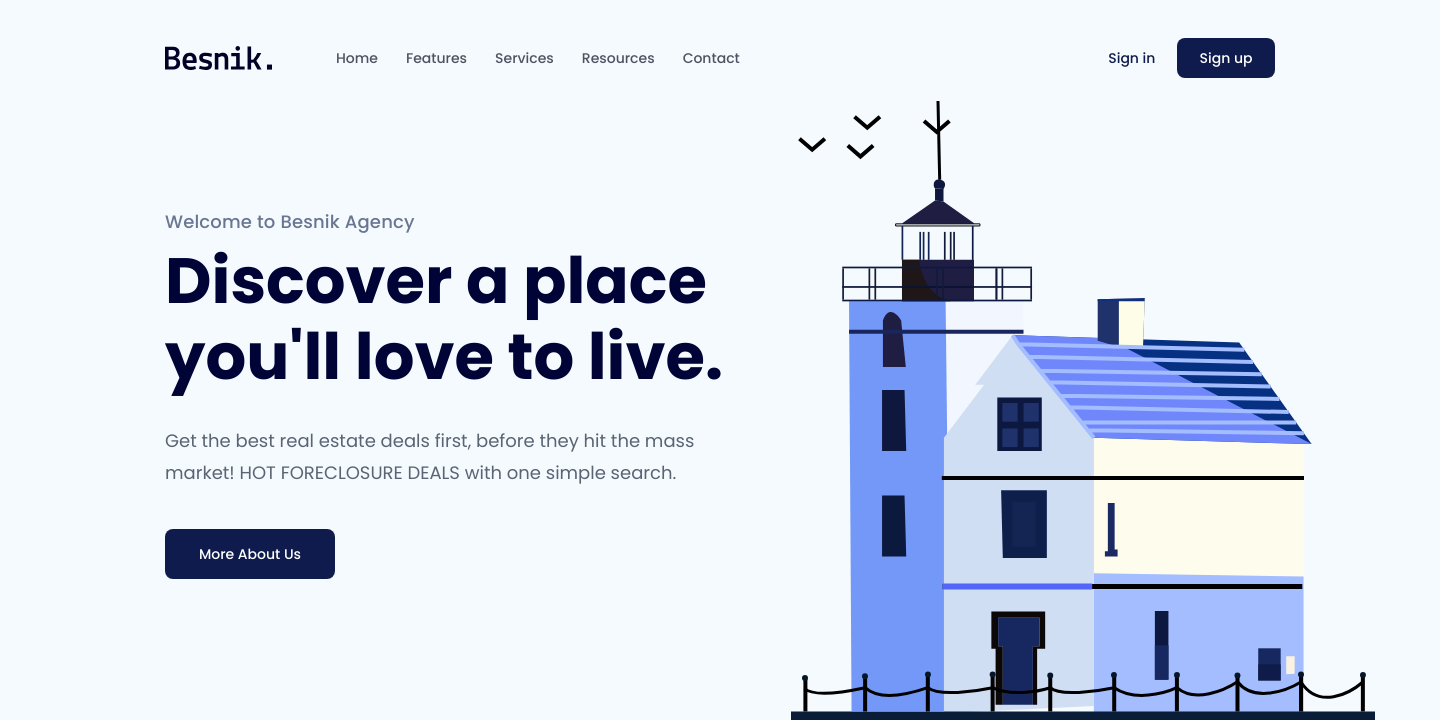
Repository: Tctiensk/f8-htmlcss-01
Page: index.html
An editor plug-in stored every save of this project. The page is shown before and after the next save, followed by the edit.
The browser window is 1280 px wide. The page is 1440 px wide, then 1280 px, then 1440 px, so the pictures cover 1440 px, including what lies to the right of the window. The pictures show the whole page.

Above is the page before, as saved 2022-11-30 10:49:41.

### index.html
<!DOCTYPE html>
<html lang="en">
    <head>
        <meta charset="UTF-8" />
        <meta http-equiv="X-UA-Compatible" content="IE=edge" />
        <meta name="viewport" content="width=device-width, initial-scale=1.0" />
        <title>F8 PROJECT 01</title>
        <link rel="stylesheet" href="./assets/css/reset.css" />
        <link rel="stylesheet" href="./assets/fonts/stylesheet.css" />
        <link rel="stylesheet" href="./assets/css/style.css" />
    </head>

    <body>
        <main>
            <!-- header -->
            <header class="header">
                <div class="content">
                    <nav class="navbar">
                        <!-- logo -->
                        <img src="./assets/img/Logo.svg" alt="Besnik." />
                        <!-- navigation -->
                        <ul>
                            <li><a href="#!">Home</a></li>
                            <li><a href="#!">Features</a></li>
                            <li><a href="#!">Services</a></li>
                            <li><a href="#!">Resources</a></li>
                            <li><a href="#!">Contact</a></li>
                        </ul>

                        <!-- action -->
                        <div class="action">
                            <a href="" class="action-link">Sign in </a>
                            <a href="" class="btn action-btn">Sign up </a>
                        </div>
                    </nav>

                    <div class="hero">
                        <div class="info">
                            <p class="sub-title">Welcome to Besnik Agency</p>
                            <h1 class="title">
                                Discover a place you'll love to live.
                            </h1>
                            <p class="desc">
                                Get the best real estate deals first, before
                                they hit the mass market! HOT FORECLOSURE DEALS
                                with one simple search.
                            </p>
                            <a href="#!" class="btn hero-cta">More About Us</a>
                        </div>
                        <img
                            src="./assets/img/house illustration.svg"
                            alt="Discover a place you'll love to live."
                            class="hero-img"
                        />
                    </div>
                </div>
            </header>
        </main>
    </body>
</html>

### assets/fonts/stylesheet.css
@font-face {
    font-family: "Poppins";
    src: url("Poppins/Poppins-BoldItalic.woff2") format("woff2"),
        url("Poppins/Poppins-BoldItalic.woff") format("woff");
    font-weight: bold;
    font-style: italic;
    font-display: swap;
}

@font-face {
    font-family: "Poppins";
    src: url("Poppins/Poppins-ExtraBold.woff2") format("woff2"),
        url("Poppins/Poppins-ExtraBold.woff") format("woff");
    font-weight: bold;
    font-style: normal;
    font-display: swap;
}

@font-face {
    font-family: "Poppins";
    src: url("Poppins/Poppins-BlackItalic.woff2") format("woff2"),
        url("Poppins/Poppins-BlackItalic.woff") format("woff");
    font-weight: 900;
    font-style: italic;
    font-display: swap;
}

@font-face {
    font-family: "Poppins";
    src: url("Poppins/Poppins-ExtraBoldItalic.woff2") format("woff2"),
        url("Poppins/Poppins-ExtraBoldItalic.woff") format("woff");
    font-weight: bold;
    font-style: italic;
    font-display: swap;
}

@font-face {
    font-family: "Poppins";
    src: url("Poppins/Poppins-Bold.woff2") format("woff2"),
        url("Poppins/Poppins-Bold.woff") format("woff");
    font-weight: bold;
    font-style: normal;
    font-display: swap;
}

@font-face {
    font-family: "Poppins";
    src: url("Poppins/Poppins-Black.woff2") format("woff2"),
        url("Poppins/Poppins-Black.woff") format("woff");
    font-weight: 900;
    font-style: normal;
    font-display: swap;
}

@font-face {
    font-family: "Poppins";
    src: url("Poppins/Poppins-LightItalic.woff2") format("woff2"),
        url("Poppins/Poppins-LightItalic.woff") format("woff");
    font-weight: 300;
    font-style: italic;
    font-display: swap;
}

@font-face {
    font-family: "Poppins";
    src: url("Poppins/Poppins-Medium.woff2") format("woff2"),
        url("Poppins/Poppins-Medium.woff") format("woff");
    font-weight: 500;
    font-style: normal;
    font-display: swap;
}

@font-face {
    font-family: "Poppins";
    src: url("Poppins/Poppins-ExtraLightItalic.woff2") format("woff2"),
        url("Poppins/Poppins-ExtraLightItalic.woff") format("woff");
    font-weight: 200;
    font-style: italic;
    font-display: swap;
}

@font-face {
    font-family: "Poppins";
    src: url("Poppins/Poppins-Italic.woff2") format("woff2"),
        url("Poppins/Poppins-Italic.woff") format("woff");
    font-weight: normal;
    font-style: italic;
    font-display: swap;
}

@font-face {
    font-family: "Poppins";
    src: url("Poppins/Poppins-Light.woff2") format("woff2"),
        url("Poppins/Poppins-Light.woff") format("woff");
    font-weight: 300;
    font-style: normal;
    font-display: swap;
}

@font-face {
    font-family: "Poppins";
    src: url("Poppins/Poppins-ExtraLight.woff2") format("woff2"),
        url("Poppins/Poppins-ExtraLight.woff") format("woff");
    font-weight: 200;
    font-style: normal;
    font-display: swap;
}

@font-face {
    font-family: "Poppins";
    src: url("Poppins/Poppins-SemiBoldItalic.woff2") format("woff2"),
        url("Poppins/Poppins-SemiBoldItalic.woff") format("woff");
    font-weight: 600;
    font-style: italic;
    font-display: swap;
}

@font-face {
    font-family: "Poppins";
    src: url("Poppins/Poppins-Regular.woff2") format("woff2"),
        url("Poppins/Poppins-Regular.woff") format("woff");
    font-weight: normal;
    font-style: normal;
    font-display: swap;
}

@font-face {
    font-family: "Poppins";
    src: url("Poppins/Poppins-ThinItalic.woff2") format("woff2"),
        url("Poppins/Poppins-ThinItalic.woff") format("woff");
    font-weight: 100;
    font-style: italic;
    font-display: swap;
}
@font-face {
    font-family: "Poppins";
    src: url("Poppins/Poppins-MediumItalic.woff2") format("woff2"),
        url("Poppins/Poppins-MediumItalic.woff") format("woff");
    font-weight: 500;
    font-style: italic;
    font-display: swap;
}

@font-face {
    font-family: "Poppins";
    src: url("Poppins/Poppins-SemiBold.woff2") format("woff2"),
        url("Poppins/Poppins-SemiBold.woff") format("woff");
    font-weight: 600;
    font-style: normal;
    font-display: swap;
}

@font-face {
    font-family: "Poppins";
    src: url("Poppins/Poppins-Thin.woff2") format("woff2"),
        url("Poppins/Poppins-Thin.woff") format("woff");
    font-weight: 100;
    font-style: normal;
    font-display: swap;
}

### assets/css/style.css
* {
    box-sizing: border-box;
}

:root {
    --primary-color: #0f1b4c;
}
html {
    font-size: 62.5%;
}
body {
    font-size: 1.6rem;
    font-family: "Poppins", sans-serif;
}
/* common */
a {
    text-decoration: none;
}
.content {
    width: 1110px;
    max-width: calc(100% -48px);
    margin-left: auto;
    margin-right: auto;
}
/* header */
.header {
    width: 1440px;
    height: 100vh;
    background-color: #f5fafe;
    position: relative;
}
.navbar {
    display: flex;
    align-items: center;
    padding-top: 38px;
}
.navbar ul {
    display: flex;
    margin-left: 50px;
}
.navbar .action {
    margin-left: auto;
}
.navbar ul a {
    font-weight: 500;
    font-size: 1.4rem;
    line-height: 21px;
    color: #4f5361;
    padding: 8px 1.4rem;
}
.navbar ul a:hover {
    text-decoration: underline;
}
.navbar .action-link {
    font-weight: 500;
    font-size: 1.4rem;
    line-height: 21px;
    color: var(--primary-color);
}
.btn {
    display: inline-block;
    min-width: 98px;
    padding: 18px 16px;
    background: var(--primary-color);
    border-radius: 8px;
    font-weight: 500;
    font-size: 1.4rem;
    text-align: center;
    color: #ffffff;
}
.btn:hover {
    opacity: 0.9;
}
.btn.hero-cta {
    min-width: 170px;
    margin-top: 40px;
}
.navbar .action-btn {
    padding: 13px 16px;
    margin-left: 18px;
}
.hero {
    margin-top: 130px;
}
.hero .sub-title {
    font-weight: 500;
    font-size: 1.8rem;
    line-height: 1.5;
    letter-spacing: 0.01em;
    color: #687691;
}
.hero .title {
    margin-top: 8px;
    font-weight: 700;
    font-size: 6.4rem;
    line-height: 1.19;
    color: #000336;
}
.hero .info {
    width: 51%;
}
.hero .desc {
    margin-top: 30px;
    font-weight: 400;
    font-size: 18px;
    line-height: 32px;
    color: #5a6473;
}
.hero-img {
    position: absolute;
    bottom: 0;
    right: 65px;
}

Loaded but not shown: assets/css/reset.css (common file)

After the next save:
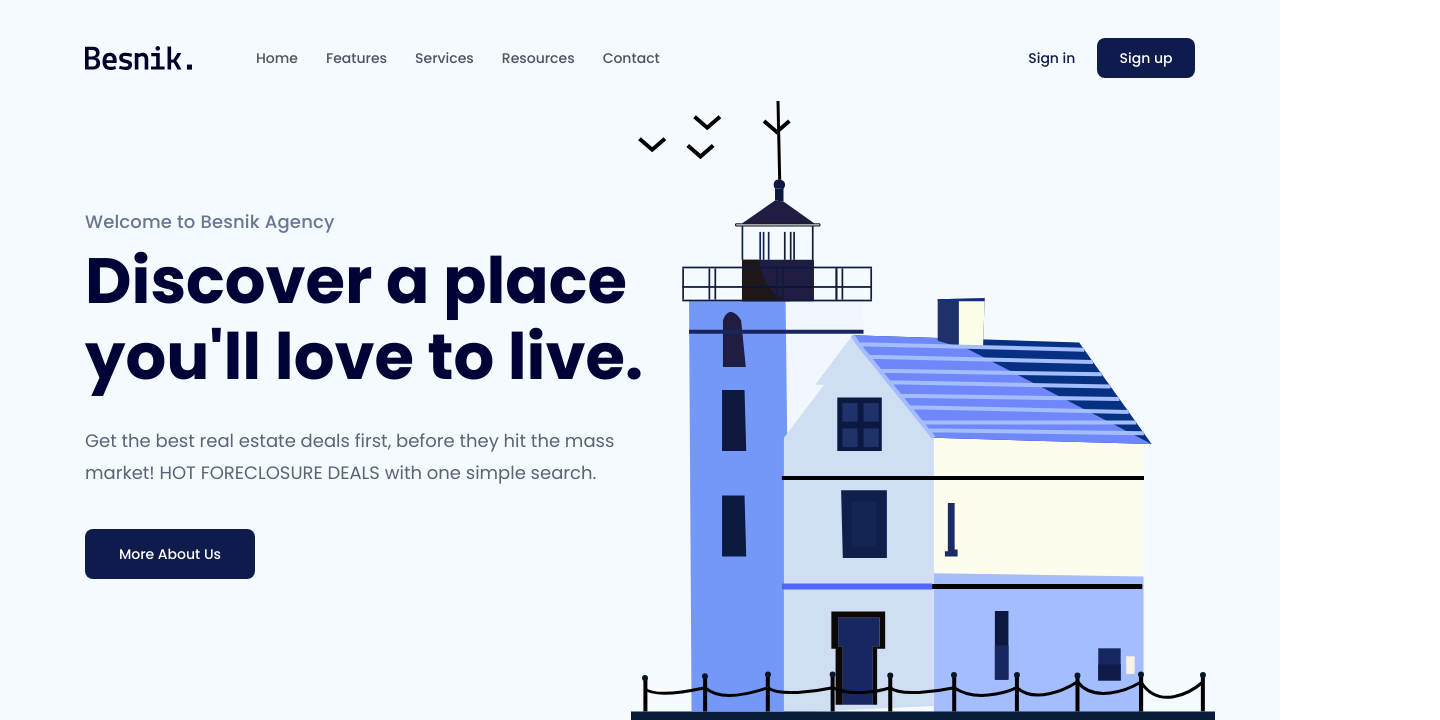
Saved 97 min 19 s later.
--- a/assets/css/style.css
+++ b/assets/css/style.css
@@ -24,7 +24,7 @@
 }
 /* header */
 .header {
-    width: 1440px;
+    width: 100%;
     height: 100vh;
     background-color: #f5fafe;
     position: relative;

After the save that followed:
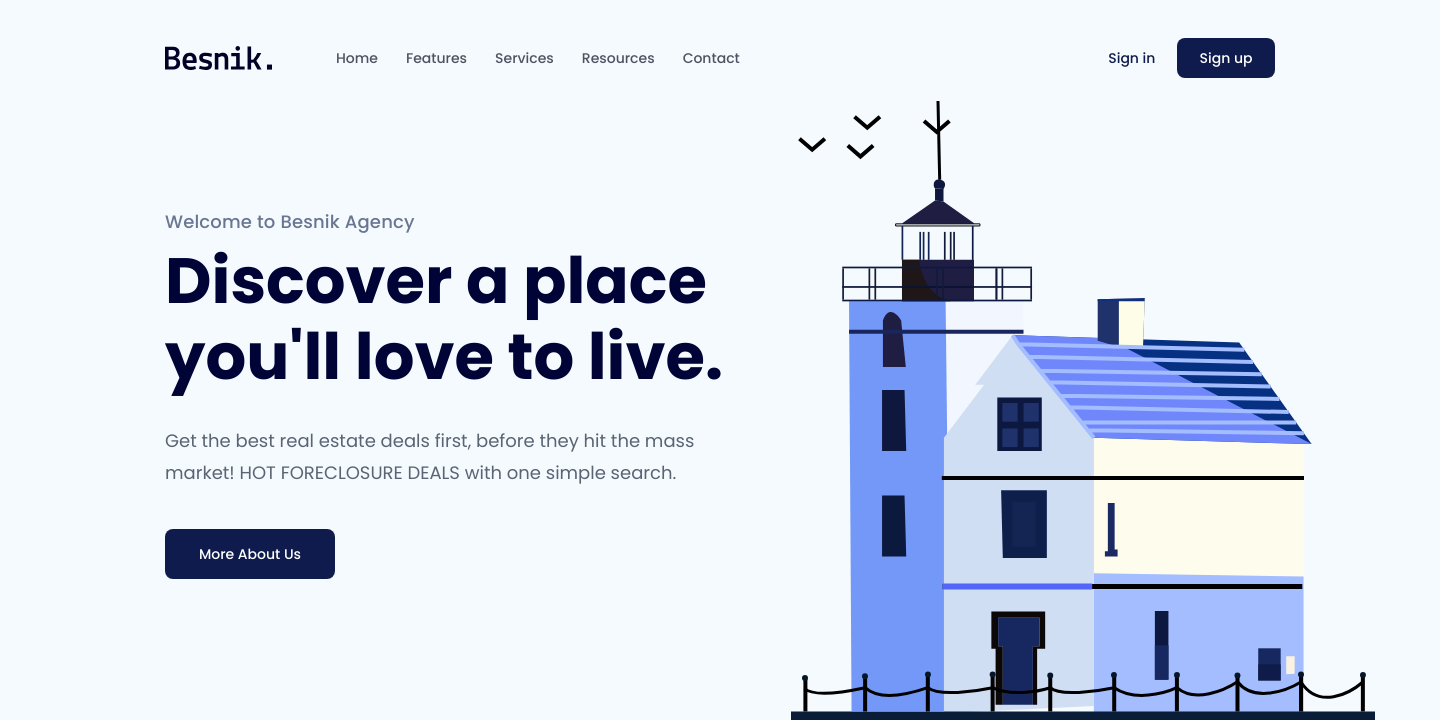
Saved 7 s later.
--- a/assets/css/style.css
+++ b/assets/css/style.css
@@ -24,7 +24,7 @@
 }
 /* header */
 .header {
-    width: 100%;
+    width: 1440px;
     height: 100vh;
     background-color: #f5fafe;
     position: relative;
